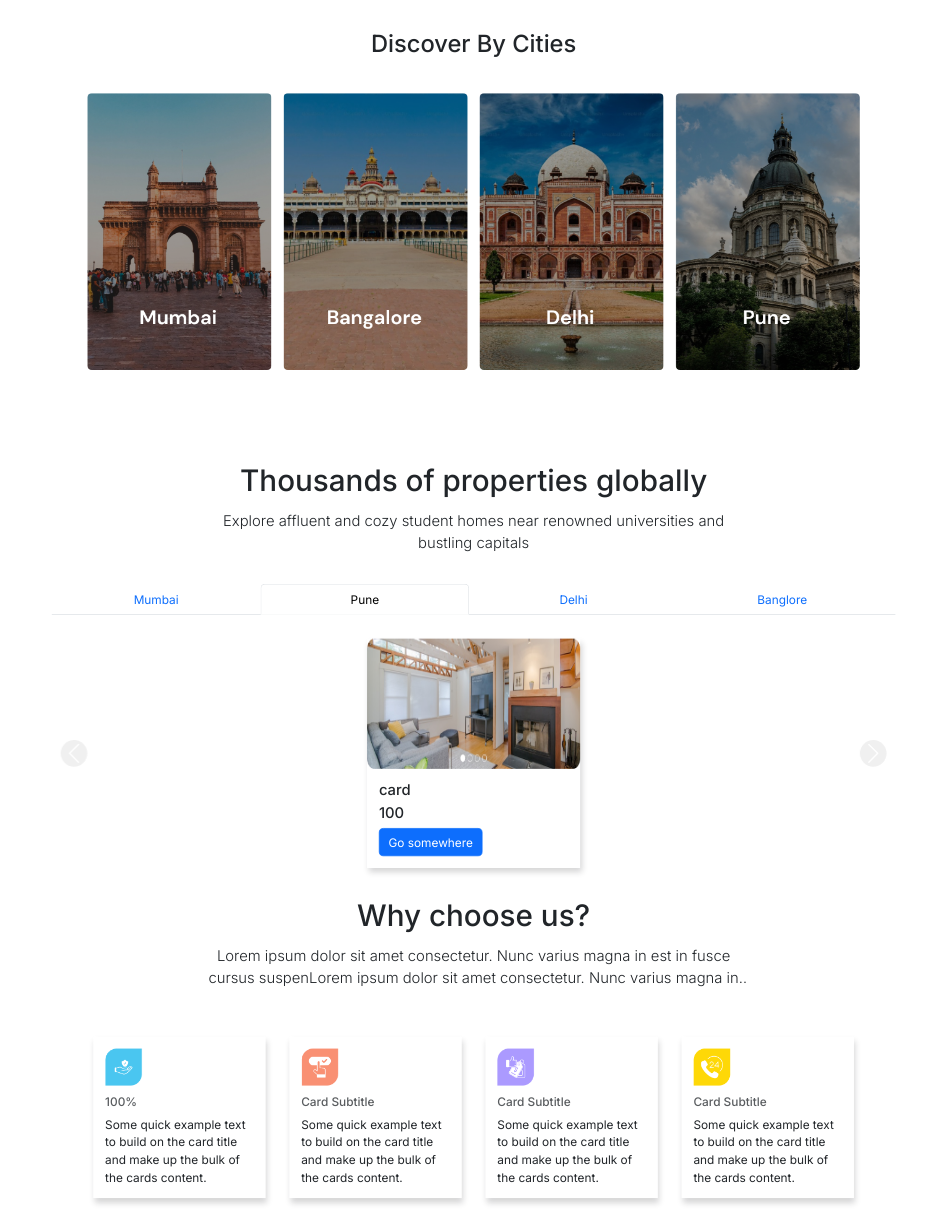
Repository: suyashagrahari/assignment
Page: /
These files come from the project's save history. The page is drawn as it stood at one moment and after the next save; the edit follows.
The browser window is 1280 px wide. The pictures show the whole page, at 74% of full size.
The project was rebuilt for these pictures with package versions that can differ from the ones it lists, and the page was loaded fresh each time. The framework's server and built-in components were replaced by stand-ins that run in the browser. Also part of the build but not shown: next.config.mjs, src/app/page.module.css, src/components/Headline.jsx.

Above is the page before, as saved 2024-03-27 16:19:23.

After the next save:
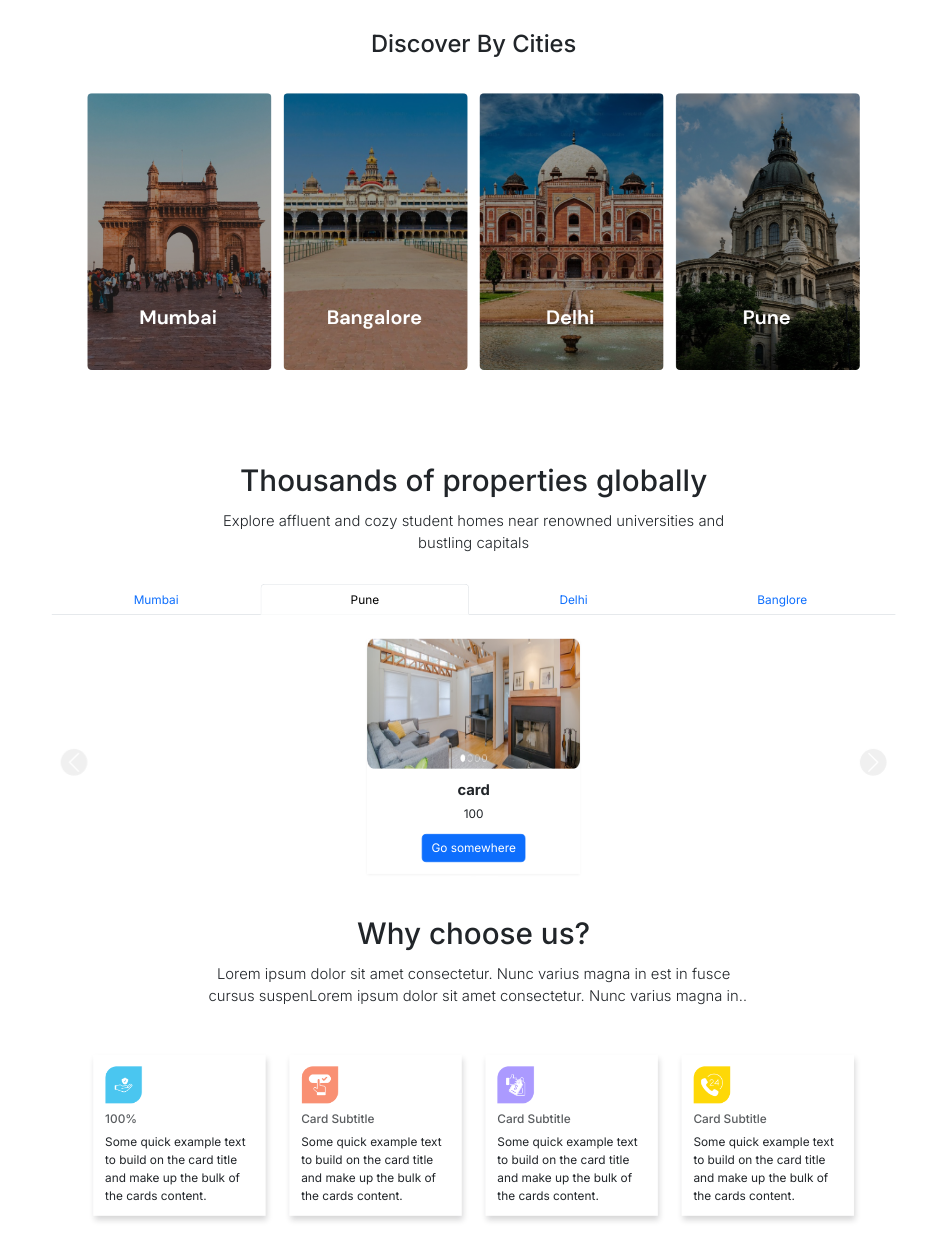
Saved 5 min 11 s later.
--- a/src/components/Carousal.jsx
+++ b/src/components/Carousal.jsx
@@ -48,11 +48,15 @@ const MyCarousel = () => {
           <div className="d-flex justify-content-center">
             {item.map((item, index) => {
               return (
-                <Card key={index} style={{ width: "18rem" }}>
-                  <Image src={item.img} alt="" width={300} height={100} />
-                  <Card.Body>
-                    <Card.Title>{item.name}</Card.Title>
-                    <Card.Title>{item.price}</Card.Title>
+                <Card
+                  key={index}
+                  className="mx-3 mb-3 shadow-sm"
+                  style={{ width: "18rem" }}
+                >
+                  <Image src={item.img} alt="" className="card-img-top" />
+                  <Card.Body className="text-center">
+                    <Card.Title className="fw-bold">{item.name}</Card.Title>
+                    <Card.Text className="mb-3">{item.price}</Card.Text>
                     <Button variant="primary">Go somewhere</Button>
                   </Card.Body>
                 </Card>
